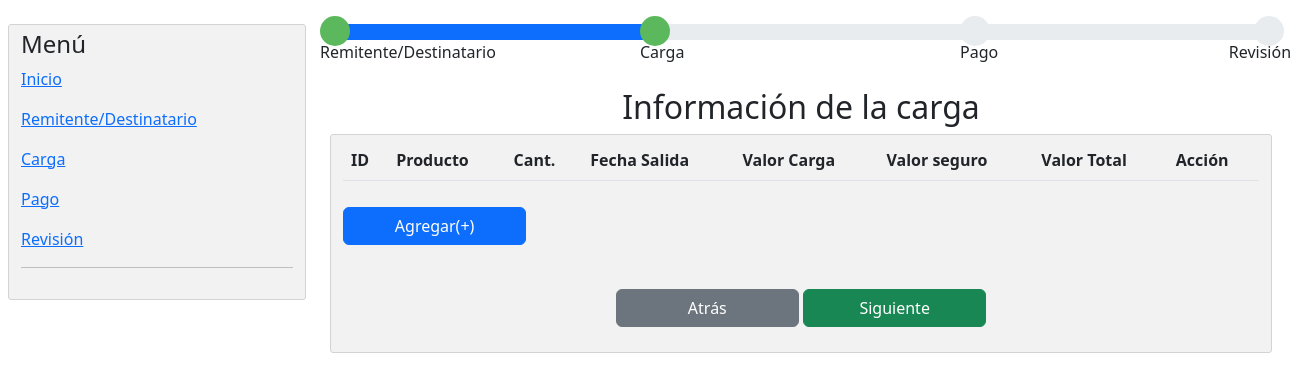
Repository: SennovaFluvial/Trasnfluvial
Page: appFluvial/templates/card1carga.html
These files come from the project's save history. The page is drawn as it stood at one moment and after the next save; the edit follows.
The browser window is 1280 px wide. The page is 1291 px wide, so the pictures cover 1291 px, including what lies to the right of the window. The pictures show the whole page.
The template is drawn by Django 3.2. The application's start-up code is not run. The template is opened directly, without the code that normally fills it, so the values that code supplies are empty.

Above is the page before, as saved 2023-10-20 22:29:06.

After the next save:
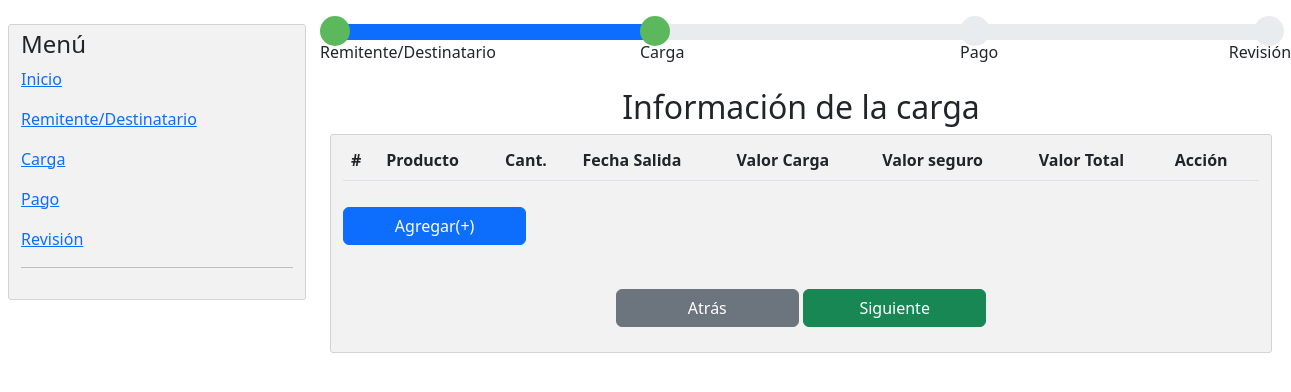
Saved 74 s later.
--- a/appFluvial/templates/card1carga.html
+++ b/appFluvial/templates/card1carga.html
@@ -262,7 +262,7 @@ span.price {
                     <button type="button" class="btn-close" data-bs-dismiss="modal" aria-label="Close"></button>
                   </div>
                   <div class="modal-body">
-                    ***
+
                     <div class="row">
                       <div class="form-group col">
                           <label for="idcarga">Nro Guia:</label>
@@ -393,7 +393,7 @@ span.price {
                         <textarea type="text" class="form-control" id="descripcion" style="height: 100px" ></textarea>
                       </div>
                     </div>
-                    ****
+
                     <!--td><input type="text" name="producto" id="producto"></td>
                     <td><input type="text" name="cant" id="cant"></td>
                     <td><input type="text" name="fechasal" id="fechasal"></td>
@@ -414,7 +414,7 @@ span.price {
             <table class="table">
               <thead>
                 <tr>
-                  <th>ID</th>
+                  <th>#</th>
                   <th>Producto</th>
                   <th>Cant.</th>
                   <th>Fecha Salida</th>
